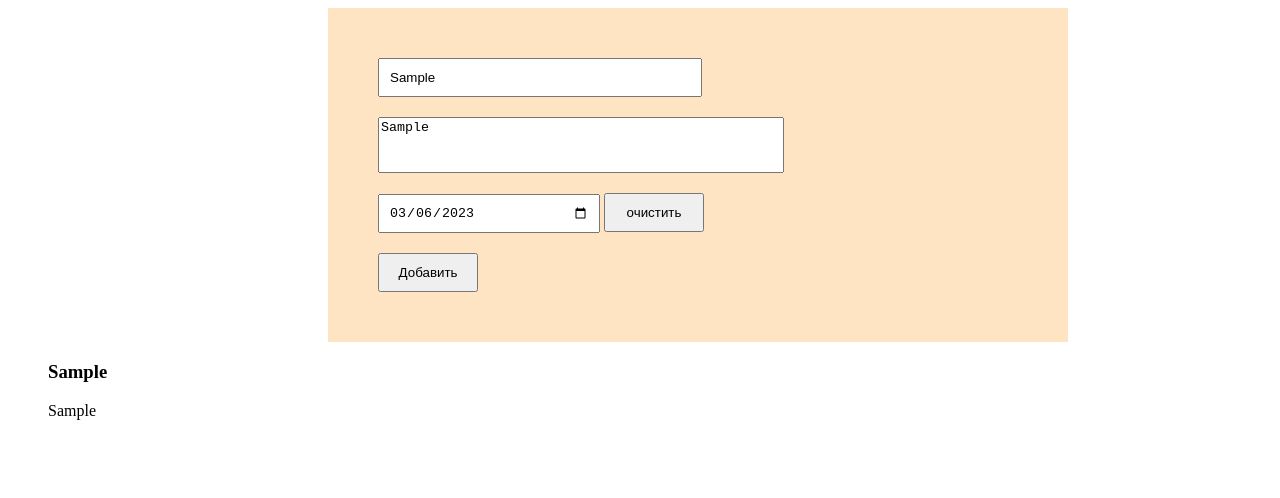
Repository: Grid-Master/commentList
Page: index.html
The author's editor kept a copy of each file at every save. The page is drawn from the files as they stood at one save, then again after the next save.
The browser window is 1280 px wide. The pictures show the whole page.
Empty fields were first filled with sample values (such as "Sample", 5 or name@example.com).
After loading, the first visible `form` was submitted once.

Above is the page before, as saved 2023-03-07 10:57:08.

After the next save:
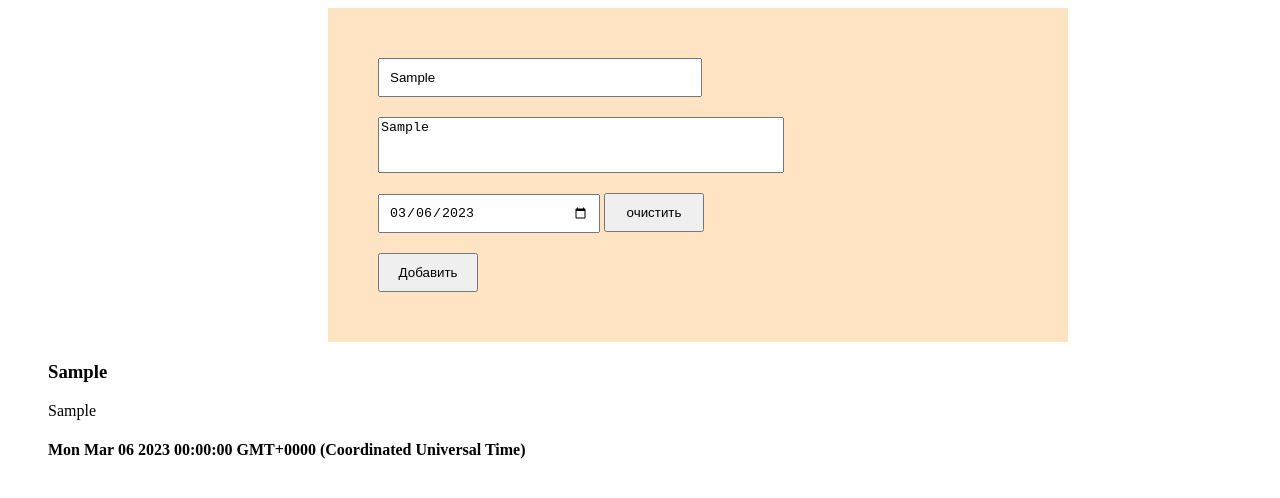
Saved 51 s later.
--- a/script.js
+++ b/script.js
@@ -14,11 +14,13 @@ function addComment() {
 
   let nameEl = document.createElement('h3');
   let commentEl = document.createElement('p');
+  let dateEl = document.createElement('h4');
   let container = document.createElement('div');
 
   nameEl.innerHTML = name;
   commentEl.innerHTML = comment;
-  container.append(nameEl, commentEl);
+  dateEl.innerHTML = date;
+  container.append(nameEl, commentEl, dateEl);
 
   list.append(container);
   //   list.append(listElem);
